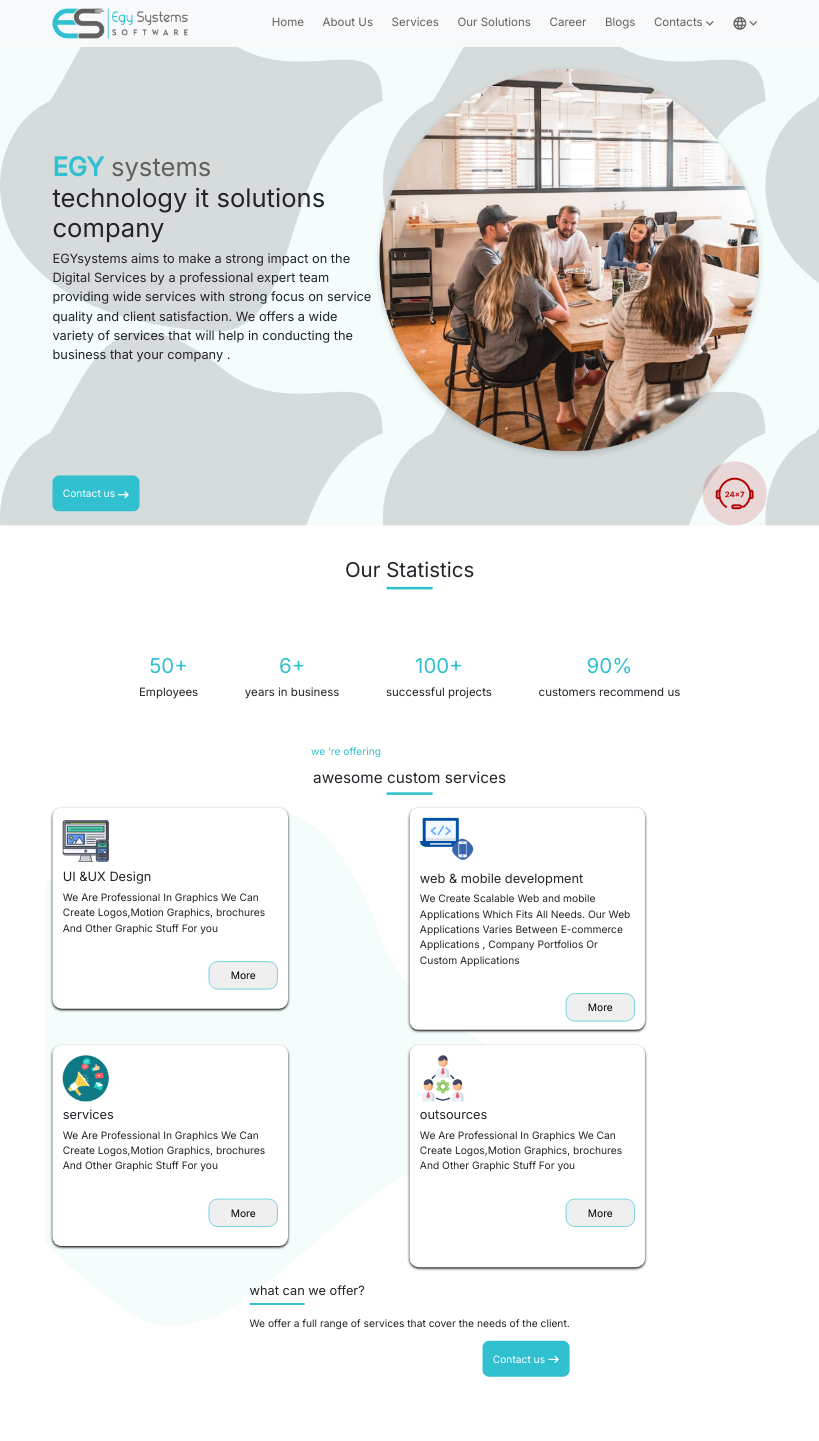
Repository: hamdyAbdelazeim/Egysystem-Home
Page: index.html
An editor plug-in stored every save of this project. The page is shown before and after a run of saves, followed by the edit.
The browser window is 1280 px wide. The pictures show the whole page, at 64% of full size.

Above is the page before, as saved 2023-07-13 13:04:59.

After the next 2 saves:
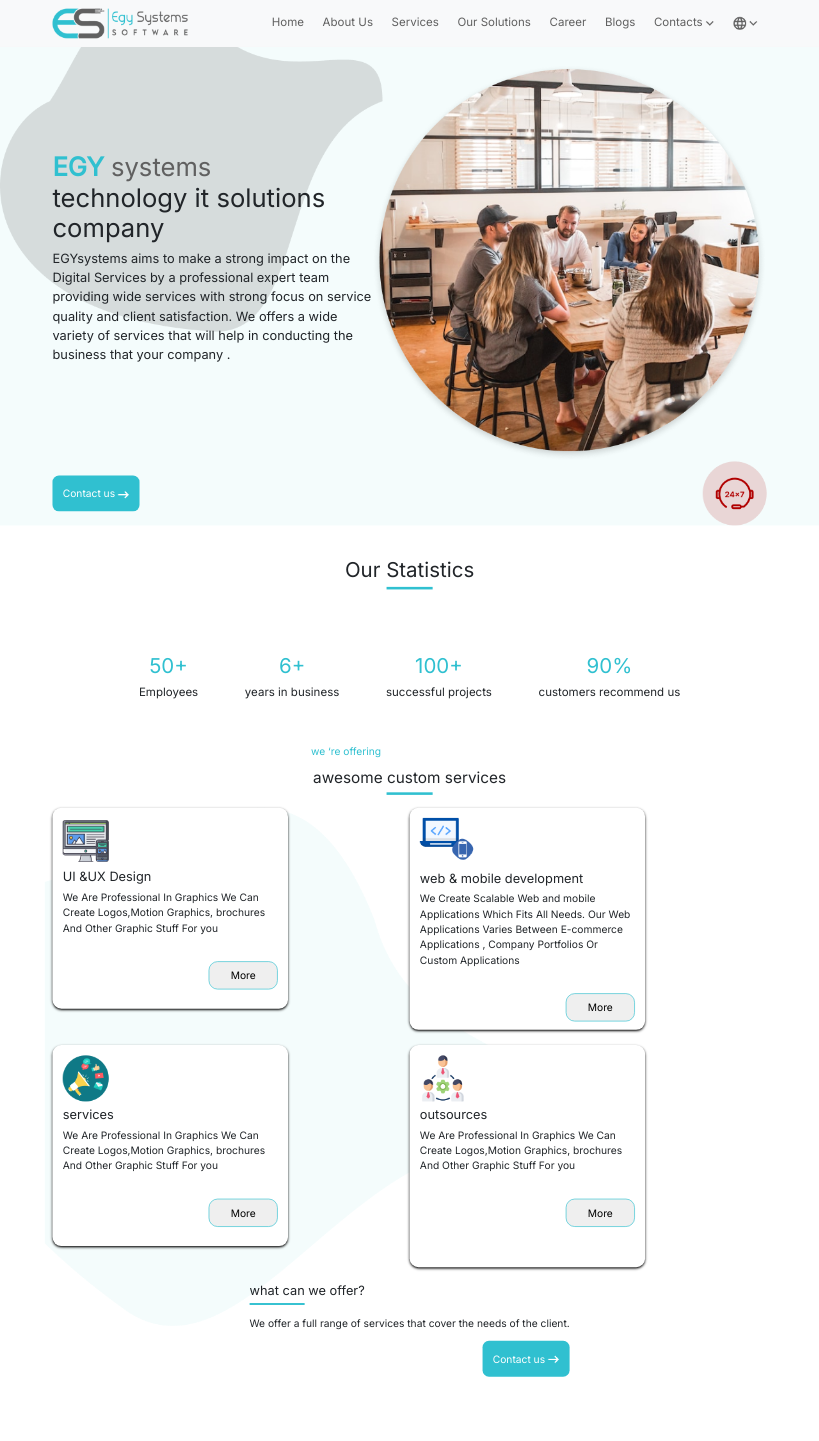
The 2 saves are shown as one change because they came seconds apart.
The last was saved 6 s later.
--- a/css/style.css
+++ b/css/style.css
@@ -54,7 +54,7 @@ body {
   padding-top: 100px;
   background-color: #f4fcfc;
   background-image: url('/assets/Ellipse\ 36.png');
-  bac
+  background-repeat: no-repeat;
 }
 
 .Egy {
